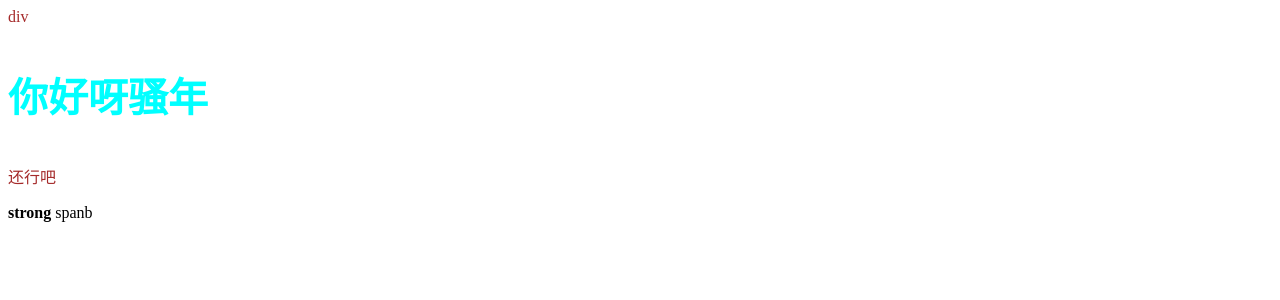
Repository: SharkPem/WebLearn
Page: demo/demo_css.html
An editor plug-in stored every save of this project. The page is shown before and after the next save, followed by the edit.
The browser window is 1280 px wide. The pictures show the whole page.

Above is the page before, as saved 2022-03-25 11:17:27.

### demo/demo_css.html
<!DOCTYPE html>
<html lang="en">
<head>
    <meta charset="UTF-8">
    <meta http-equiv="X-UA-Compatible" content="IE=edge">
    <meta name="viewport" content="width=device-width, initial-scale=1.0">
    <title>Document</title>

    <!-- 外部模式模板-->
    <!-- <link type="text/css" rel="stylesheet" href="demo_css.css"/> -->
    <!-- 内部模式-->
    <style type="text/css">
        div,p{
            color: brown;
        }
        #lx{
            color: aqua;
            font-family: "楷体","微软雅黑";
            font-size: 40px;
            font-weight: bold;
        }
    </style>
</head>
<body>
    <div>div</div>
    <p id="lx">你好呀骚年</p>
    <p id="phy">还行吧</p>
    <strong>strong</strong>
    <span>spanb</span>

</body>
</html>

After the next save:
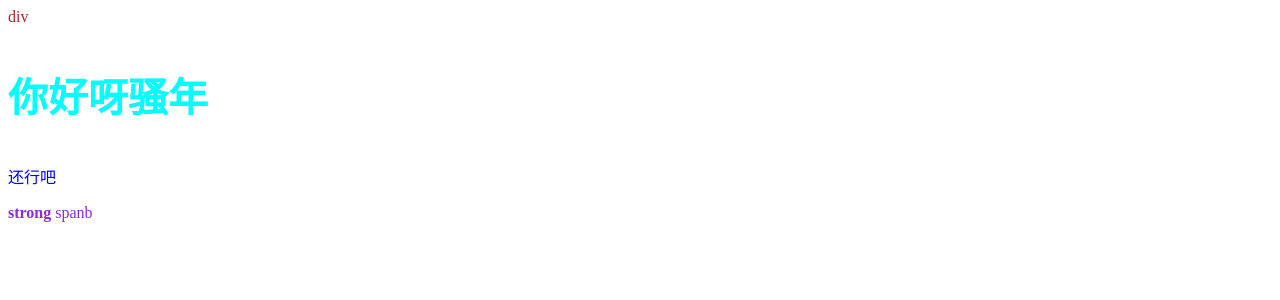
Saved 2 min 14 s later.
--- a/demo/demo_css.html
+++ b/demo/demo_css.html
@@ -19,14 +19,20 @@
             font-size: 40px;
             font-weight: bold;
         }
+        #phy{
+            color: blue;
+        }
+        .phylx{
+            color: blueviolet;
+        }
     </style>
 </head>
 <body>
     <div>div</div>
     <p id="lx">你好呀骚年</p>
     <p id="phy">还行吧</p>
-    <strong>strong</strong>
-    <span>spanb</span>
+    <strong class="phylx">strong</strong>
+    <span class="phylx">spanb</span>
 
 </body>
 </html>
